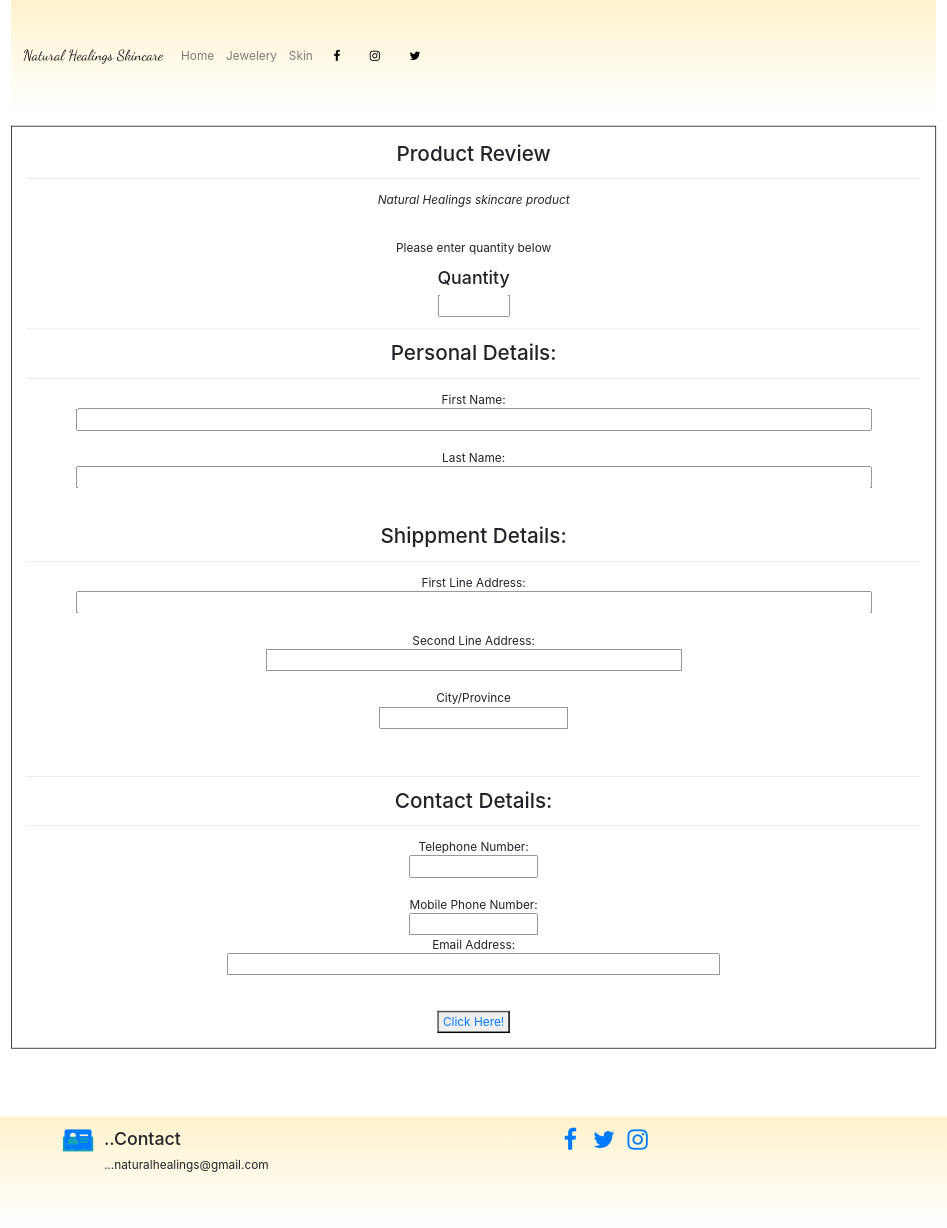
Repository: aliciarawlings/first-milestone
Page: form.html
The author's editor kept a record of every edit. The page is drawn from the files as they stood at one moment, then again after the next edit.
The browser window is 1280 px wide. The pictures show the whole page, at 74% of full size.
Some web fonts or font styles are not loaded; a fallback is used.

Above is the page before.

### form.html
<!DOCTYPE html>
<html lang="en">
<head>
    <meta charset="UTF-8">
    <meta name="viewport" content="width=device-width, initial-scale=1.0">
    <meta http-equiv="X-UA-Compatible" content="ie=edge">
    <link href="https://fonts.googleapis.com/css?family=Source+Serif+Pro&display=swap" rel="stylesheet">
    <link href="https://fonts.googleapis.com/css?family=Dancing+Script&display=swap" rel="stylesheet">
    <script src="https://code.jquery.com/jquery-3.3.1.slim.min.js" integrity="sha384-q8i/X+965DzO0rT7abK41JStQIAqVgRVzpbzo5smXKp4YfRvH+8abtTE1Pi6jizo" crossorigin="anonymous"></script>
<script src="https://cdnjs.cloudflare.com/ajax/libs/popper.js/1.14.7/umd/popper.min.js" integrity="sha384-UO2eT0CpHqdSJQ6hJty5KVphtPhzWj9WO1clHTMGa3JDZwrnQq4sF86dIHNDz0W1" crossorigin="anonymous"></script>
<script src="https://stackpath.bootstrapcdn.com/bootstrap/4.3.1/js/bootstrap.min.js" integrity="sha384-JjSmVgyd0p3pXB1rRibZUAYoIIy6OrQ6VrjIEaFf/nJGzIxFDsf4x0xIM+B07jRM" crossorigin="anonymous"></script>
    <link rel="stylesheet" href="assets/css/main.css" type="text/css" />
    <link rel="stylesheet" href="https://stackpath.bootstrapcdn.com/bootstrap/4.3.1/css/bootstrap.min.css" type="text/css" />
    <link rel="stylesheet" href="https://stackpath.bootstrapcdn.com/font-awesome/4.7.0/css/font-awesome.min.css" type="text/css" />
    <title>Form</title>

</head>
<body>
  <div class="container-fluid">
    <!-------NAVBAR------->
  <nav class="navbar navbar-expand-lg navbar-light bg-light grad">
    <a class="navbar-brand heading" href="index.html">Natural Healings Skincare</a>
    <button class="navbar-toggler collapsed" type="button" data-toggle="collapse" data-target="#navbarNav" aria-controls="navbarNav" aria-expanded="false" aria-label="Toggle navigation">
      <span class="navbar-toggler-icon"></span>
    </button>
    <div class="collapse navbar-collapse" id="navbarNav">
      <ul class="navbar-nav">
        <li class="nav-item">
          <a class="nav-link"  href="index.html">Home</a>
        </li>
        <li class="nav-item">
          <a class="nav-link"  href="jewelery.html">Jewelery</a>
        </li>
        <li class="nav-item">
          <a class="nav-link"  href="skincare.html">Skin</a>

        </li>
      </ul>
     <a class="fa fa-facebook social" href="https://www.facebook.com/naturalbeautyroomgorey/" target="_blank"></a>
     <i class="fa fa-instagram social "></i>
     <i class="fa fa-twitter social"></i>
    </div>
  </nav>
<!-------NAVBAR-END----->
<!---
  <div class="jumbotron-text-center jumbotron bg-dark">
    <h1 class="heading1"> Natural Healings Skincare</h1>
    <p class="heading1">Mother Nature by us </p>
    -

  --->
  <div class="form">



  <form>

    <h3>Product Review</h3>
    <hr>
    <p><em>Natural Healings skincare product</em></p><br>
    <p>Please enter quantity below</p>
    <h4>Quantity</h4>
    <input type="number" name="quantity" min="1" max="100"><br>
    <hr>

    <h3>Personal Details:</h3>
    <hr>
      First Name:<br>
      <input type="text"  size="100" name="firstname"><br><br>
      Last Name: <br>
      <input type="text" size="100"name="Last Name"><br>

    <br>
    <br>

    <h3>Shippment Details:</h3>
    <hr>

      First Line Address:<br>
      <input type="text" size="100" name="First line address"><br><br>

      Second Line Address:<br>
      <input type="text" size="50"name="Second Line Address"><br><br>

      City/Province<br>
      <input type="text" size"100" name="City/Province"><br>
      <br>
      <br>
      <hr>

      <h3>Contact Details:</h3>
      <hr>
      Telephone Number:<br>
      <input type="tel" size="12" name="Telephone Number"><br><br>

      Mobile Phone Number:<br>
      <input type="tel" size="12" name="Mobile Number"><br>

      Email Address:<br>
      <input type="email" size="60" name="email"><br>
      <br>
      <br>



    <button><a href="form2.html">Click Here!</a></button>






      </div>

      </div>
      </div>



    </div>
    </form>
    <br>
    <br>
    <br>

</body>

<!--footer-->

<footer>
     <div class="container-fluid bg-light py-3 grad ">
    <div class="container">
      <div class="row">
        <div class="col-md-7">
            <div class="row py-0">
          <div class="col-sm-1 hidden-md-down">
              <a class="bg-circle bg-info" href="#">
                <i class="fa fa-2x fa-fw fa-address-card" aria-hidden="true "></i>
              </a>
            </div>
            <div class="col-sm-11">
                <div><h4>..Contact</h4>
                    <p>...<span class="header-font"><span class="header-font"></span>naturalhealings@gmail.com</p>
                </div>
            </div>
            </div>
        </div>
        <div class="col-md-5">
          <div class="d-inline-block">
            <div class="bg-circle-outline d-inline-block">
              <a href="https://www.facebook.com/NaturalHealingsSkincare/"><i class="fa fa-2x fa-fw fa-facebook"></i>
		</a>
            </div>
            <div class="bg-circle-outline d-inline-block" >
              <a href="https://twitter.com/">
                <i class="fa fa-2x fa-fw fa-twitter"></i></a>
            </div>

            <div class="bg-circle-outline d-inline-block">
              <a href="https://www.instagram.com/natural.healings.skincare/">
                <i class="fa fa-2x fa-fw fa-instagram"></i></a>
            </div>

            </div>
          </div>
        </div>
      </div>
    </div>
    </div>
</footer>








</html>

### assets/css/main.css


/*--header+nav--*/

.bg-img {
    background:url("../images/mainlogo.png");
    min-height:700px;
    background-position: center;
    background-repeat:no-repeat;
    background-size:cover;
    position:relative;
    background-attachment:initial;
    background-size:100%;

}

.grad{
  height:150px;
  background-image:linear-gradient(#fff2cc,white);
}

.grad2{
   background-image:linear-gradient(white,#fff2cc);
}


.navfont{
  font-size:20px;
  color:black;
  text-decoration: none;
}



.social{
  color:black;
  padding:20px;

}


.social:hover{
  color:purple;
  text-decoration: none;
}





.heading{
  size:60px;
  font-family: 'Dancing Script', cursive;
  color:#996515	;

}





/*--product-display--*/

.cards{
  text-align: center;
  box-shadow: 0px 2px 4px 0px rgba(0,0,0,0.5);
  width:100%;


}


.card {
        margin: 0 auto;
        float: none;
        margin-bottom: 10px;
}



.form {
  text-align:center;
  border:solid 1px black;
  margin:20px 0;
  padding:20px;

}

img:hover {
  filter:opacity(30%);
}


.icon {
  position:fixed;
}

After the next edit:
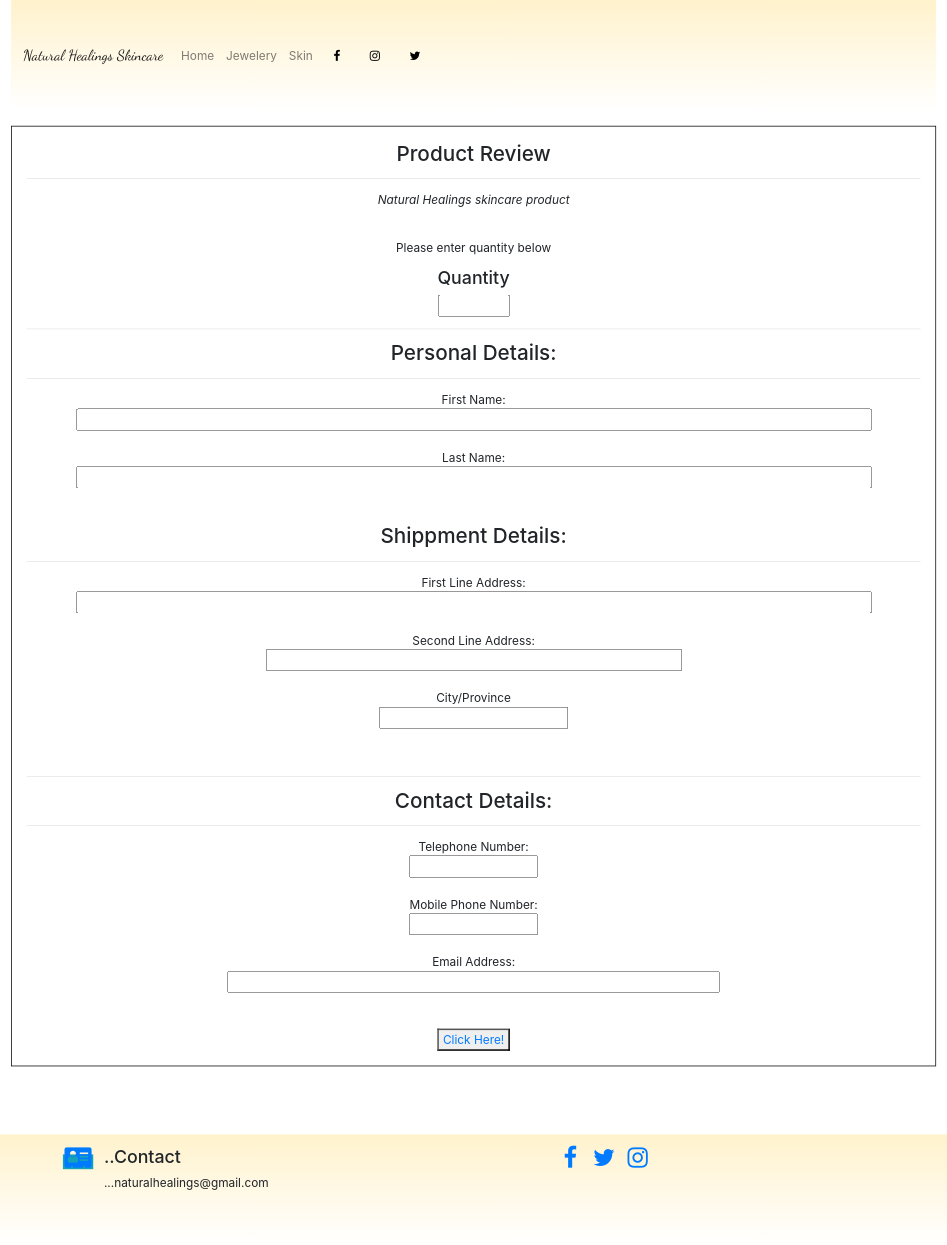
The edit:
--- a/form.html
+++ b/form.html
@@ -94,7 +94,7 @@
       <input type="tel" size="12" name="Telephone Number"><br><br>
 
       Mobile Phone Number:<br>
-      <input type="tel" size="12" name="Mobile Number"><br>
+      <input type="tel" size="12" name="Mobile Number"><br><br>
 
       Email Address:<br>
       <input type="email" size="60" name="email"><br>
